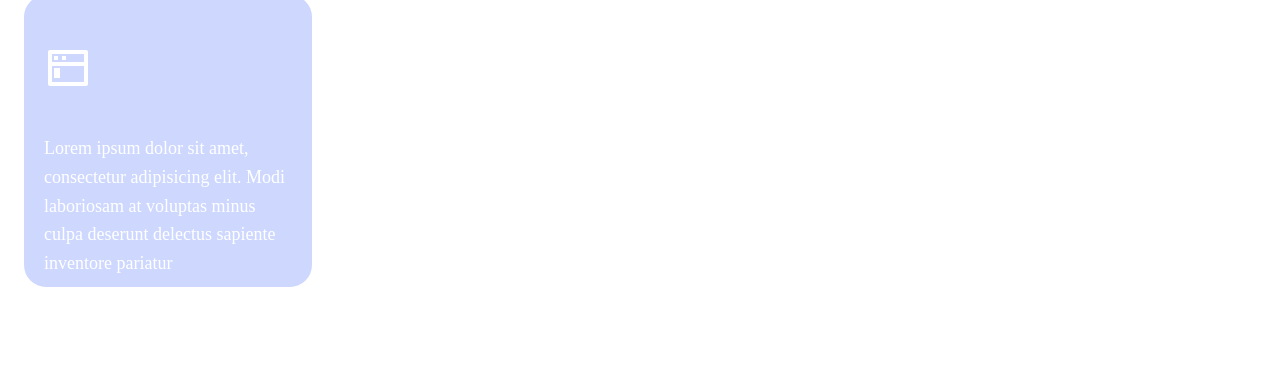
Repository: EmanuelVieiira/landing-page-advocacia
Page: teste.html
These files come from the project's save history. The page is drawn as it stood at one moment and after the next save; the edit follows.
The browser window is 1280 px wide. The pictures show the whole page.

Above is the page before, as saved 2026-02-04 22:33:43.

After the next save:
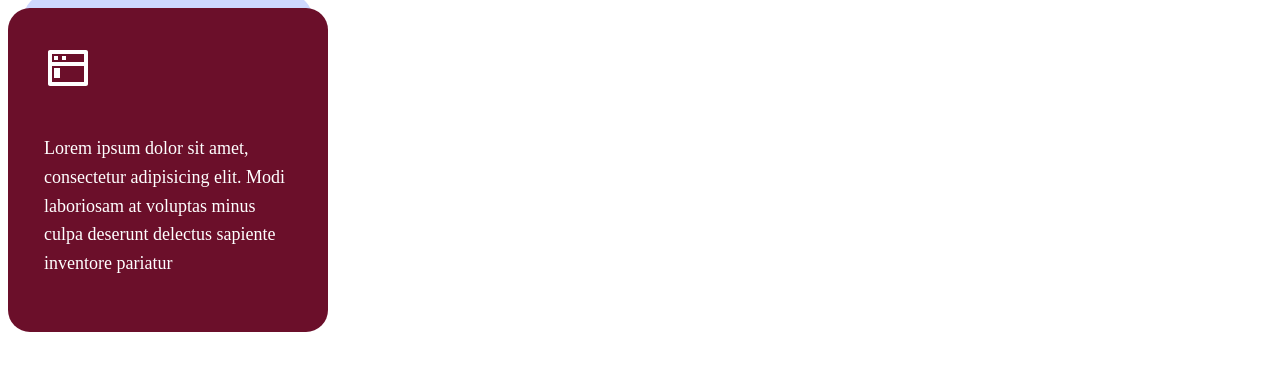
Saved 4 s later.
--- a/teste.html
+++ b/teste.html
@@ -26,7 +26,7 @@
   border-radius: 22px;
   color: #ffffff;
   overflow: hidden;
-  background: ##6B0F2A;
+  background: #6B0F2A;
   transition: all 0.48s cubic-bezier(0.23, 1, 0.32, 1);
 }
 
